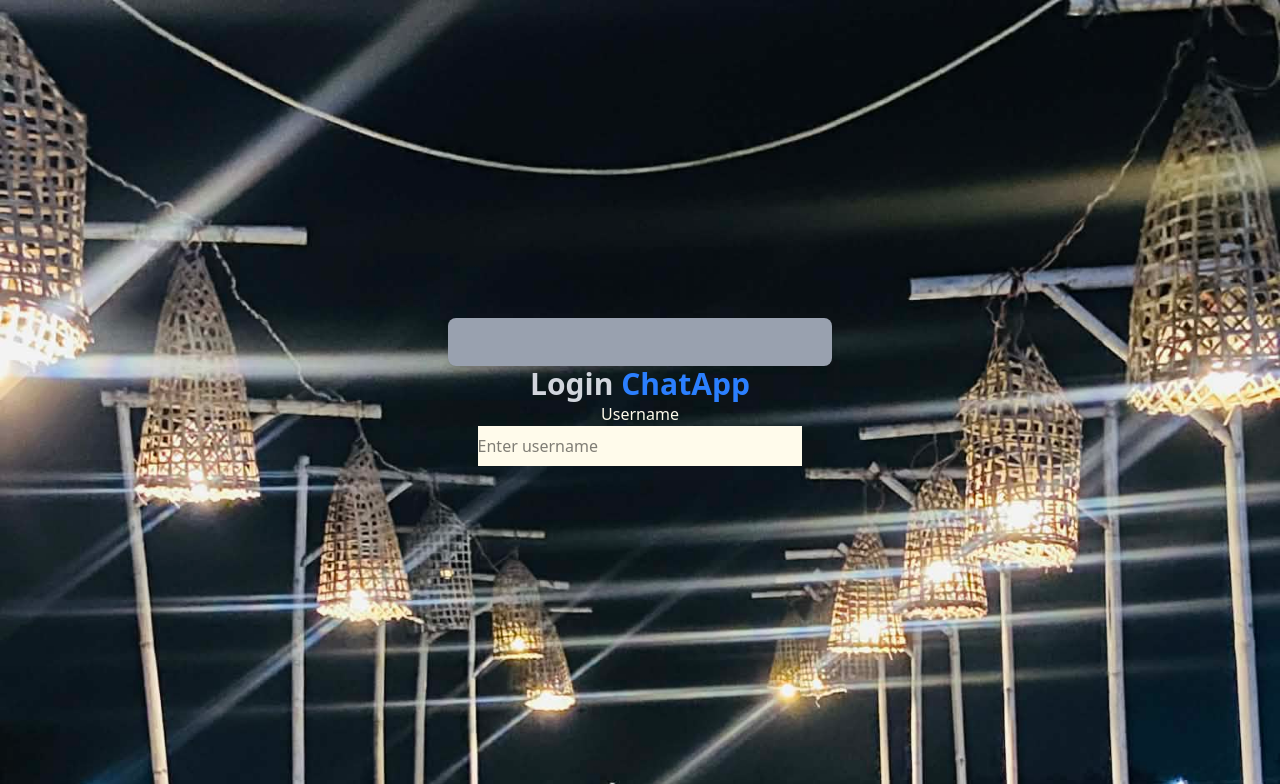
Repository: ridhukhan/chatapp
Page: / (app in frontend/)
The author's editor kept a copy of each file at every save. The page is drawn from the files as they stood at one save, then again after the next save.
The browser window is 1280 px wide. The pictures show the whole page.
Backgrounds fixed to the window are drawn as part of the page. The project was rebuilt for these pictures with package versions that can differ from the ones it lists, and the page was loaded fresh each time. Also part of the build but not shown: frontend/vite.config.js.

Above is the page before, as saved 2025-12-25 12:17:31.

After the next save:
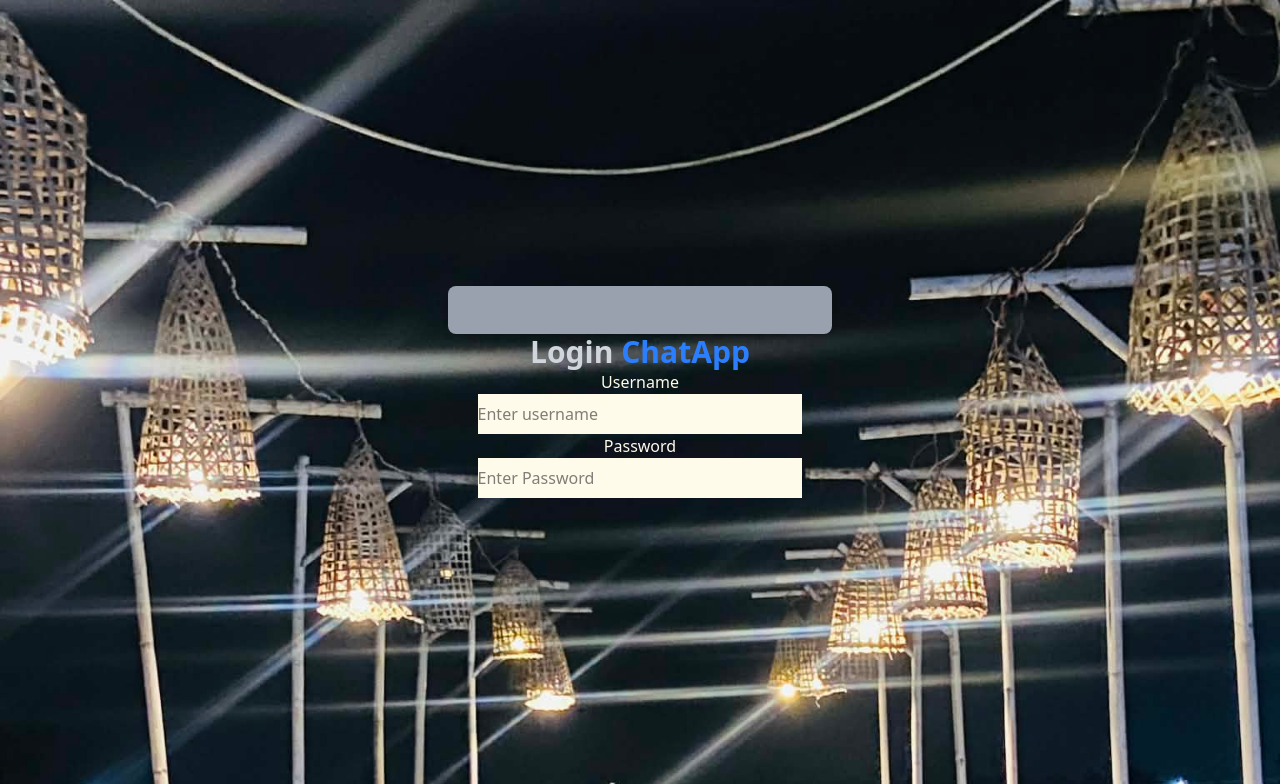
Saved 34 min 32 s later.
--- a/frontend/src/Pages/login/Login.jsx
+++ b/frontend/src/Pages/login/Login.jsx
@@ -2,6 +2,8 @@
 import { useState } from 'react'
 const Login = () => {
 const [username,setUsername]=useState("")
+const [password,setPassword]=useState("")
+
 
   return (
     <div className='flex flex-col items-center justify-center min-w-96 mx-auto'>
@@ -24,6 +26,16 @@
 
     />
 </div>
+<div>
+    <label className='label p-2'>
+        <span className='text-base label-text text-amber-50'>Password</span>
+    </label>
+    <input type="text" placeholder='Enter Password'  className='w-full input input-borderd h-10 bg-amber-50'
+    value={password}
+    onChange={(e)=>setPassword(e.target.value)}
+
+    />
+</div>
 
 
 
